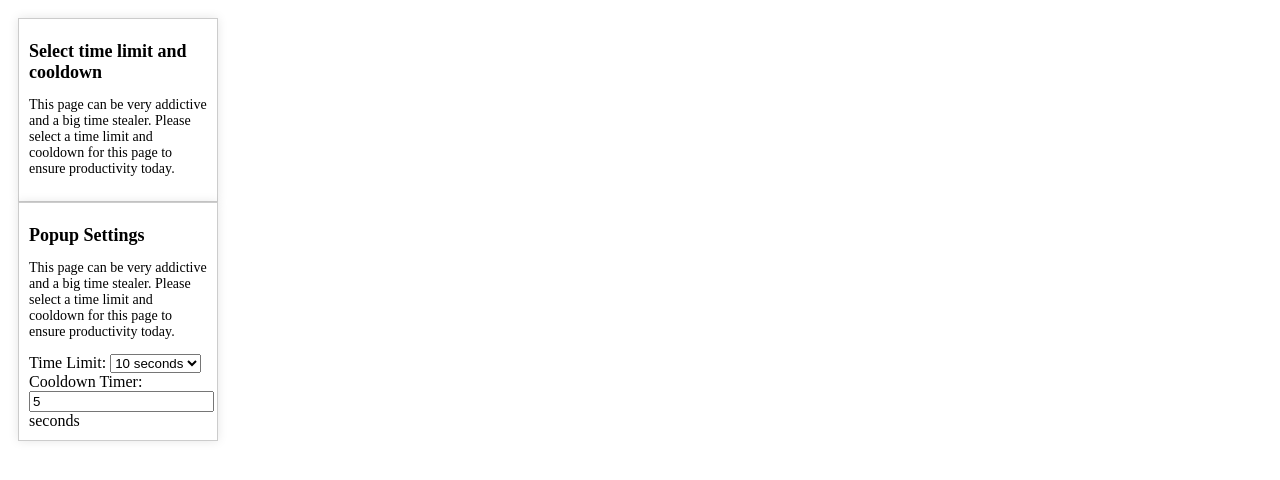
Repository: AndrlmMass/Time-management-chrome-extension
Page: popup2.html
An editor plug-in stored every save of this project. The page is shown before and after the next save, followed by the edit.
The browser window is 1280 px wide. The pictures show the whole page.

Above is the page before, as saved 2023-08-24 20:34:17.

### popup2.html
<!DOCTYPE html>
<html>
<head>
  <title>My Non-Closable Popup</title>
  <link rel="stylesheet" type="text/css" href="popup.css">
  <script src="popup.js"></script>
</head>
<body>
  <div id="popup-container">
    <h1>Select time limit and cooldown</h1>
    <p>This page can be very addictive and a big time stealer. Please select a time limit and cooldown for this page to ensure productivity today.</p>
    <button id="close-button">Close</button>
  </div>
</body>
</html>

<!DOCTYPE html>
<html>
<head>
  <title>My Extension Popup</title>
  <link rel="stylesheet" type="text/css" href="popup.css">
  <script src="popup.js"></script>
</head>
<body>
  <div id="popup-container">
    <h1>Popup Settings</h1>
    <p>This page can be very addictive and a big time stealer. Please select a time limit and cooldown for this page to ensure productivity today.</p>
    <label for="time-limit">Time Limit:</label>
    <select id="time-limit" name="time-limit">
      <option value="10">10 seconds</option>
      <option value="30">30 seconds</option>
      <option value="60">1 minute</option>
      <!-- Add more options as needed -->
    </select>
    <br>
    <label for="cooldown">Cooldown Timer:</label>
    <input type="number" id="cooldown" name="cooldown" min="1" value="5"> seconds
  </div>
</body>
</html>

### popup.css
body {
  width: 200px;
  padding: 10px;
}

#popup-container {
  padding: 10px;
  background-color: #fff;
  border: 1px solid #ccc;
  box-shadow: 0 0 10px rgba(0, 0, 0, 0.1);
}

h1 {
  font-size: 18px;
  margin-bottom: 10px;
}

p {
  font-size: 14px;
}

#close-button {
  margin-top: 10px;
  display: none;
}

### popup.js
document.addEventListener("DOMContentLoaded", function () {
  var closeButton = document.querySelector(".popup-close");
  var popupContainer = document.getElementById("popup-container");
  });

After the next save:
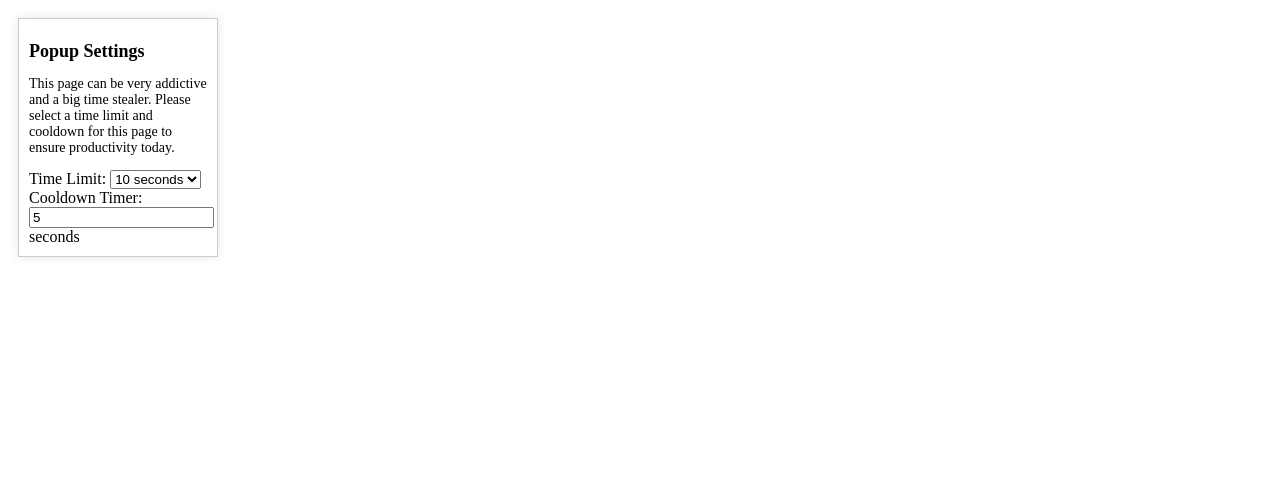
Saved 7 s later.
--- a/popup2.html
+++ b/popup2.html
@@ -1,19 +1,3 @@
-<!DOCTYPE html>
-<html>
-<head>
-  <title>My Non-Closable Popup</title>
-  <link rel="stylesheet" type="text/css" href="popup.css">
-  <script src="popup.js"></script>
-</head>
-<body>
-  <div id="popup-container">
-    <h1>Select time limit and cooldown</h1>
-    <p>This page can be very addictive and a big time stealer. Please select a time limit and cooldown for this page to ensure productivity today.</p>
-    <button id="close-button">Close</button>
-  </div>
-</body>
-</html>
-
 <!DOCTYPE html>
 <html>
 <head>
